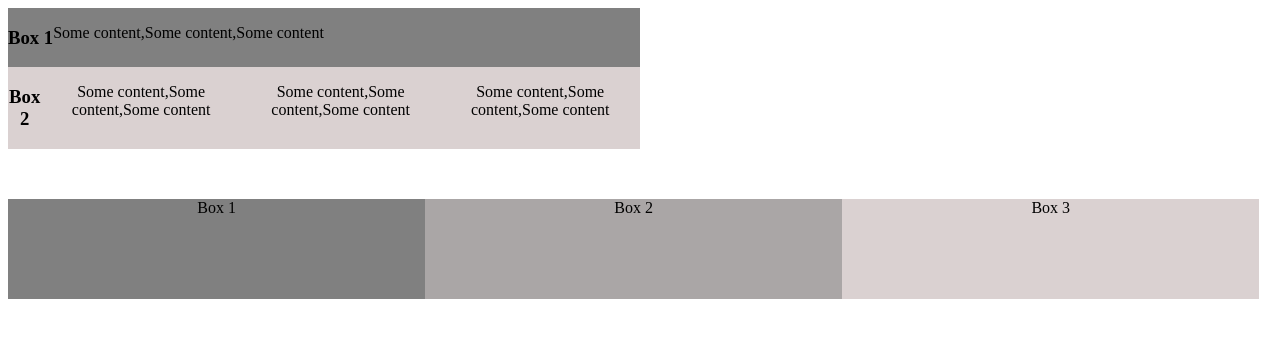
Repository: LongNguyen2504/T3H-FrondEnd
Page: Lesson4_CSS_Lecture.html
The author's editor kept a copy of each file at every save. The page is drawn from the files as they stood at one save, then again after the next save.
The browser window is 1280 px wide. The pictures show the whole page.

Above is the page before, as saved 2021-12-04 19:31:15.

### Lesson4_CSS_Lecture.html
<!DOCTYPE html>
<html lang="en">
<head>
    <meta charset="UTF-8">
    <meta http-equiv="X-UA-Compatible" content="IE=edge">
    <meta name="viewport" content="width=device-width, initial-scale=1.0">
    <title>Document</title>
    <style>
        /* .ancestor-div{
            width: 100%;
            height: 100%;
            float:left;
            background-color: blueviolet;

        }
        .test{
            float: left;
            width: 30%;
            height: 180px;
            display: inline-block;
            text-align: center;
            padding: 30px;
        } */
        .ancestor{
            width: 100%;
            overflow: auto;

        }
        .box1{
            /* float: left; */
            display: flex;
            width: 50%;
            /* height: 200px; */
            text-align: center;

            /* overflow: auto; */

        }
        .box2{
            margin-top: 50px;
            float: left;
            width: 33%;
            height: 100px;
            text-align: center;


        }
        /* h3{
            height: 10px;
        }
        p{

            height: 10px;
        } */
    </style>
</head>
<body>
    <!-- <div class="ancestor-div">
        <div class="test" style="background-color: bisque;">Test1</div>
        <div class="test" style="background-color: aqua;">Test2</div>
        <div class="test" style="background-color: brown;">Test3</div>
    </div> -->
    <div class="ancestor">
        <div class="box1" style="background-color: gray;">
            <h3>Box 1</h3>
            <p>Some content,Some content,Some content</p>
        </div>
        <div class="box1" style="background-color: rgb(218, 209, 209);">
            <h3>Box 2</h3>
            <p>Some content,Some content,Some content</p>
            <p>Some content,Some content,Some content</p>
            <p>Some content,Some content,Some content</p>
        </div>
    </div>
    <div class="ancestor">
        <div class="box2" style="background-color: gray;">Box 1</div>
        <div class="box2" style="background-color: rgb(170, 166, 166);">Box 2</div>
        <div class="box2" style="background-color: rgb(218, 209, 209);">Box 3</div>
    </div>

</body>
</html>

After the next save:
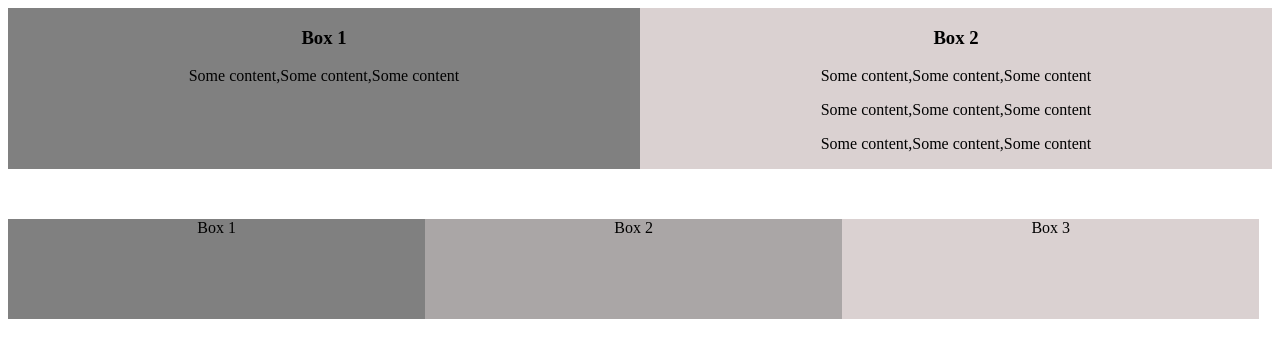
Saved 18 s later.
--- a/Lesson4_CSS_Lecture.html
+++ b/Lesson4_CSS_Lecture.html
@@ -23,12 +23,13 @@
         } */
         .ancestor{
             width: 100%;
-            overflow: auto;
+            /* overflow: auto; */
+            display: flex;
 
         }
         .box1{
             /* float: left; */
-            display: flex;
+
             width: 50%;
             /* height: 200px; */
             text-align: center;
